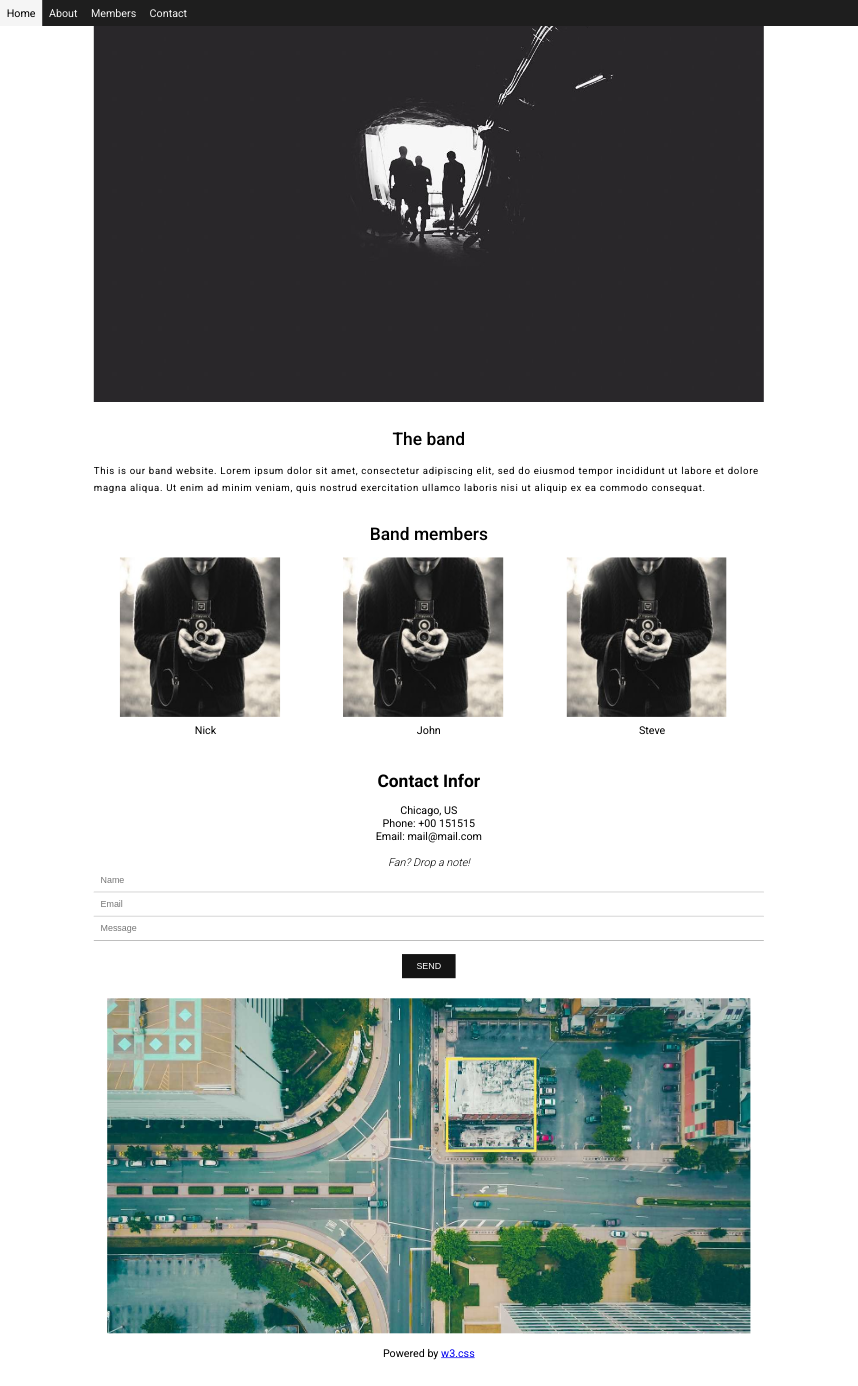
Repository: hieu-22/w3_band_UI
Page: index.html
An editor plug-in stored every save of this project. The page is shown before and after the next save, followed by the edit.
The browser window is 1280 px wide. The pictures show the whole page, at 67% of full size.

Above is the page before, as saved 2022-12-30 14:19:14.

### index.html
<!DOCTYPE html>
<html lang="en">
<head>
    <meta charset="UTF-8">
    <meta http-equiv="X-UA-Compatible" content="IE=edge">
    <meta name="viewport" content="width=device-width, initial-scale=1.0">
    <title>The band - by w3school</title>
    <script src="scr/main.js" defer></script>
    <link rel="stylesheet" href="assets/css/style.css">
    <link rel="preconnect" href="https://fonts.googleapis.com"><link rel="preconnect" href="https://fonts.gstatic.com" crossorigin><link href="https://fonts.googleapis.com/css2?family=Roboto:wght@100;300;400;500;700&display=swap" rel="stylesheet">
</head>
<body>
    <header class="header">
        <nav class="navigation-bar">
            <ul class="navigation-bar__list">
                <li class="navigation-bar__list-item">
                    Home
                </li>
                <li class="navigation-bar__list-item">
                    About
                </li>
                <li class="navigation-bar__list-item">
                    Members
                </li>
                <li class="navigation-bar__list-item">
                    Contact
                </li>
            </ul>
        </nav>
        <div class="banner"></div>
    </header>

    <main class="content">
        <div class="content__about">
            <h2 class="content__about-name">The band</h2>
            <p class="content__about-description"> This is our band website. Lorem ipsum dolor sit amet, consectetur adipiscing elit, sed do eiusmod tempor incididunt ut labore et dolore magna aliqua. Ut enim ad minim veniam, quis nostrud exercitation ullamco laboris nisi ut aliquip ex ea commodo consequat.
            </p>
        </div>
        <!-- end about -->

        <div class="content__members">
            <h2 class="content__members-header">Band members</h2>
            <div class="content__members-container">
                <div class="member">
                    <div class="member__img">
                        <img src="/assets/img/img_bandmember.jpg" alt="band member">
                    </div>
                    <p class="member__name">Nick</p>
                </div>
                <!-- member1 -->
                <div class="member">
                    <div class="member__img">
                        <img src="/assets/img/img_bandmember.jpg" alt="band member">
                    </div>
                    <p class="member__name">John</p>
                </div>
                <!-- member2 -->
                <div class="member">
                    <div class="member__img">
                        <img src="/assets/img/img_bandmember.jpg" alt="band member">
                    </div>
                    <p class="member__name">Steve</p>
                </div>
                <!-- member3 -->
            </div>
        </div>
        <!-- end members -->
        <div class="content__contact-infor">
            <h2 class="contact-infor__header">Contact Infor</h2>
            <address class="contact-infor__address">
                Chicago, US</br>
                Phone: +00 151515</br>
                Email: mail@mail.com
            </address>
            <div class="contact-infor__form">
                <h3 class="contact-infor__form-title">Fan? Drop a note!</h3>
            <form action="#">
                <input type="text" placeholder="Name" name="name">
                <input type="email" placeholder="Email">
                <input type="text" placeholder="Message">
                <button type="submit">SEND</button>
            </form>
            </div>
            <div class="contact-infor__banner"></div>
        </div>
    </main>

    <footer class="footer">
        <p>Powered by <a href="#">w3.css</a></p>
    </footer>
</body>
</html>

### scr/main.js
// change banner starts
const banner = document.querySelector('.banner')
let currentBanner = 'banner1'

function changeBanner() {
    if(currentBanner == 'banner1') {
        banner.classList.remove('banner-picture1')
        banner.classList.add('banner-picture2')
        currentBanner = 'banner2'
    } else if(currentBanner == 'banner2') {
        banner.classList.remove('banner-picture2')
        banner.classList.add('banner-picture3')
        currentBanner = 'banner3'
    } else {
        banner.classList.remove('banner-picture3')
        currentBanner = 'banner1'
    }
}

setInterval(changeBanner, 1500)
// change banner ends

### assets/css/style.css
* {
    box-sizing: border-box;
    padding: 0;
    margin: 0;

}

html {
    font-family: 'Roboto', sans-serif;
    font-size: 16px;
    max-width: 1000px;
    margin: auto;
}

.navigation-bar {
    position: fixed;
    top: 0;
    left: 0;
    z-index: 2;
    width: 100%;
    background-color: rgb(30, 30, 30);
}

.navigation-bar__list {
    display: flex;
    justify-content: flex-start;
    align-items: center;
    border-radius: 2px;
    list-style-type: none;
}

.navigation-bar__list-item {
    padding: 10px;
    color: whitesmoke;
}

.navigation-bar__list-item:hover {
    background-color: whitesmoke;
    color: black;
    cursor: pointer;
}

.banner {
    height: 600px;
    width: auto;
    background-size: cover;
    background-image: url('../img/img_la.jpg');
}

.banner-picture2 {
    background-image: url('../img/img_ny.jpg');
}
.banner-picture3 {
    background-image: url('../img/img_ch.jpg');
}

/* main content */
.content__about {
    margin-top: 20px;
}

.content__about-name {
    font-weight: 500;
    text-align: center;
    font-size: 26px;
    padding: 20px 0;
}

.content__about-description {
    letter-spacing: 1px;
    line-height: 26px;
    font-size: 0.9rem;
}
/* end about */

.content__members {
    margin-top: 20px;
}
.content__members-header {
    font-weight: 500;
    text-align: center;
    width: 100%;
    padding: 20px 0;
    font-size: 26px;
}
.content__members-container {
    display: flex;
    justify-content: space-around;
}

.member__img {
    height: 80%;
}

.member__img img {
    height: 100%;
}

.member__name {
    text-align: center;
    padding: 10px;
}
/* end member */

.content__contact-infor {
    margin-top: 20px;
}

.content__contact-infor .contact-infor__header {
    margin: 20px 0;
    text-align: center;
    font-size: 26px;
}

.content__contact-infor .contact-infor__address {
    margin: 20px 0;
    text-align: center;
    font-style: normal;
}
/* end contact address */

.content__contact-infor .contact-infor__form-title {
    font-style: italic;
    font-weight: 300;
    font-size: 16px;
    text-align: center;
}

input {
    width: 100%;
    padding: 10px;
    border: none;
    border-bottom: 1px solid rgb(158, 158, 158);
}

input:focus {
    border: 1px solid black;
}

button {
    position: relative;
    left: 50%;
    top: 20px;
    transform: translateX(-50%);

    width: 80px;
    height: 36px;
    border: none;

    background-color: rgb(20, 20, 20);
    color: white;

    cursor: pointer;
}

button:hover {
    background-color: rgb(196, 198, 199);
    color: black;
}
/* end contact form */

.contact-infor__banner {
    height: 500px;
    width: auto;
    margin: 50px 20px 0 20px;
    background-image: url(../img/map.jpg);
    background-size: cover;
    background-repeat: no-repeat;
}

.footer {
    margin: 20px 0 40px 0;
}

.footer p {
    text-align: center;
}

@media only screen and (760px < width < 1000px) {
    .banner {
        height: 550px;
    }
    .contact-infor__banner {
        height: 400px;
    }
}

@media only screen and (580px < width <= 760px) {
    .banner {
        height: 450px;
    }
    .content__members-container {
        flex-flow: row wrap;
    }
    .contact-infor__banner {
        height: 360px;
    }
}

@media only screen and (width < 580px) {
    .banner {
        height: 350px;
    }
    .content__members-container {
        flex-flow: column;
    }
    .member__img {
        display: flex;
        justify-content: center;
    }

    .contact-infor__banner {
        height: 300px;
        background-size: contain;
    }
}

After the next save:
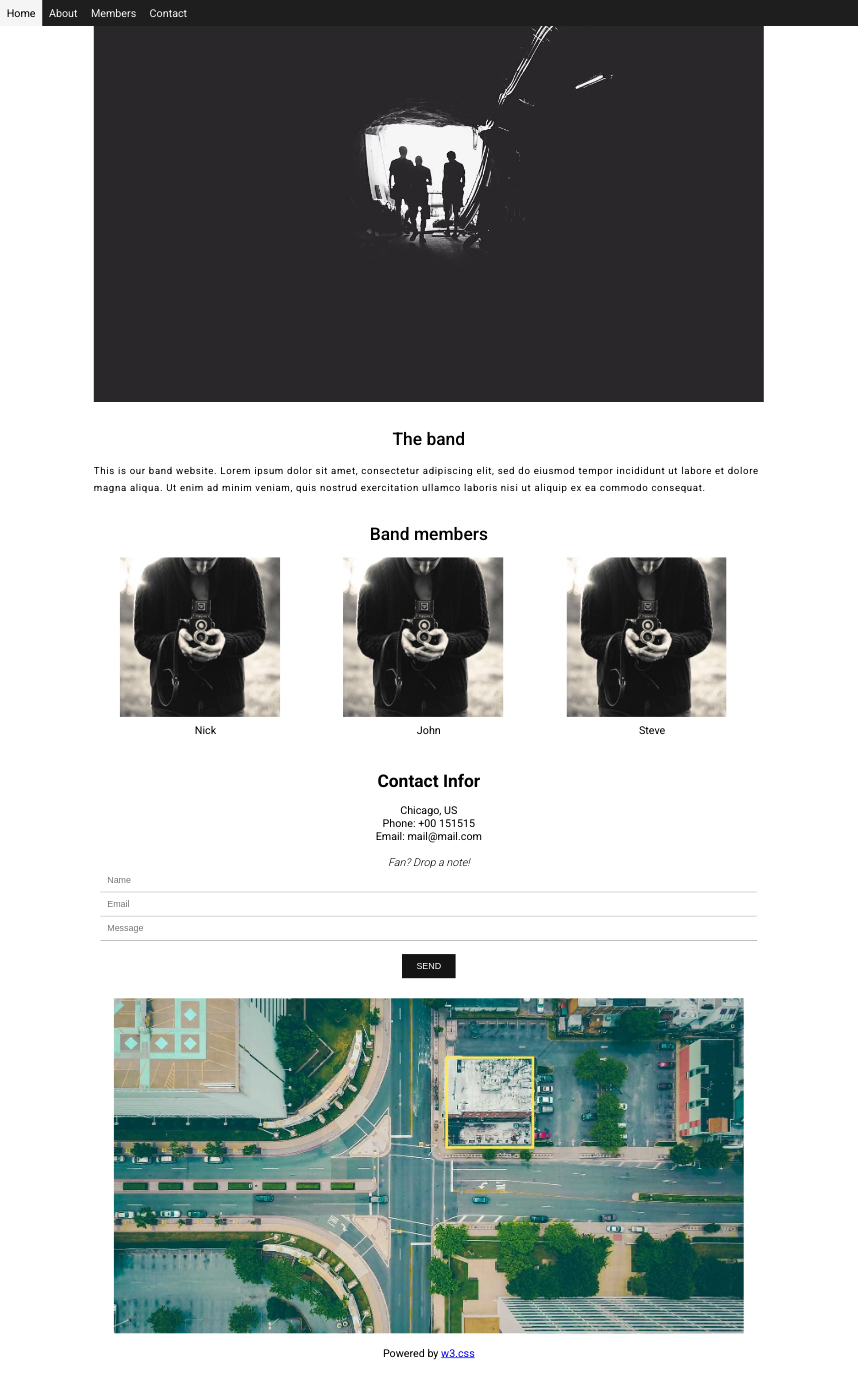
Saved 88 s later.
--- a/assets/css/style.css
+++ b/assets/css/style.css
@@ -103,7 +103,7 @@ html {
 /* end member */
 
 .content__contact-infor {
-    margin-top: 20px;
+    margin: 20px 10px 0 10px;
 }
 
 .content__contact-infor .contact-infor__header {
